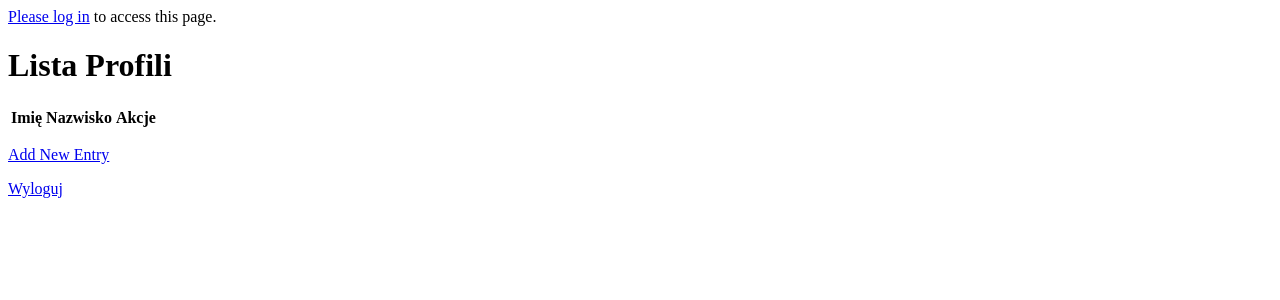
Repository: SirRabbitt/Aplikacja-crud-z-logowaniem-php-js-
Page: http://localhost/
The author's editor kept a copy of each file at every save. The page is drawn from the files as they stood at one save, then again after the next save.
The browser window is 1280 px wide. The pictures show the whole page.
The page is run by PHP 8.4 with error messages shown; the project is at /var/www/html/. pdo.php is not in the repository; a stand-in opens the database connection. Queries for data that is not in the repository find no rows.

Above is the page before, as saved 2024-05-21 13:04:05.

After the next save:
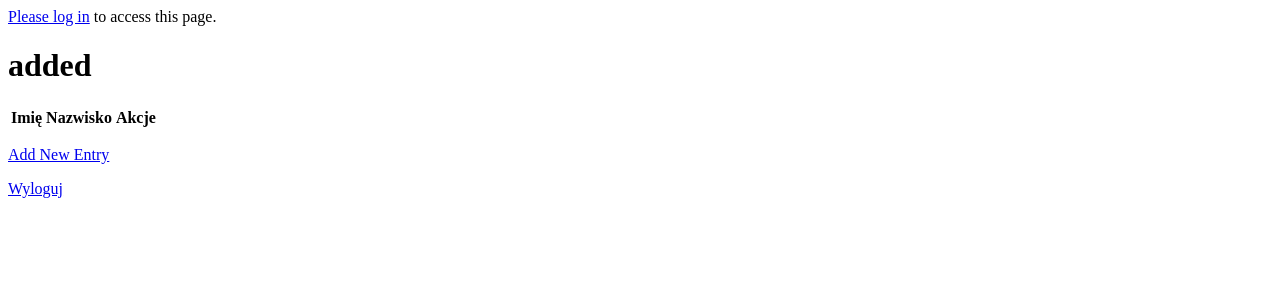
Saved 49 s later.
--- a/index.php
+++ b/index.php
@@ -18,7 +18,7 @@ $rows = $stmt->fetchAll(PDO::FETCH_ASSOC);
 
 </head>
 <body>
-<h1>Lista Profili</h1>
+<h1>added</h1>
 <table>
     <tr>
         <th>Imię</th>
